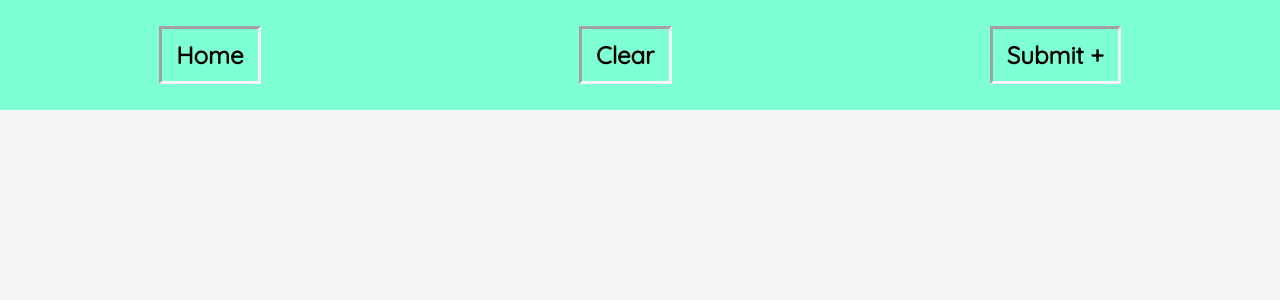
Repository: rickypcyt/WebMural
Page: /
The author's editor kept a copy of each file at every save. The page is drawn from the files as they stood at one save, then again after the next save.
The browser window is 1280 px wide. The pictures show the whole page.
The project was rebuilt for these pictures with package versions that can differ from the ones it lists, and the page was loaded fresh each time.

Above is the page before, as saved 2022-09-12 13:38:13.

### src/index.js
import React from "react";
import ReactDOM from "react-dom/client";
import "./index.css";
import WebMural from "./Pages/WebMural";
import reportWebVitals from "./reportWebVitals";
import { BrowserRouter, Routes, Route, Switch } from "react-router-dom";

const root = ReactDOM.createRoot(document.getElementById("root"));
root.render(
  <React.StrictMode>
    <BrowserRouter>
      <WebMural />
    </BrowserRouter>
  </React.StrictMode>
);

// If you want to start measuring performance in your app, pass a function
// to log results (for example: reportWebVitals(console.log))
// or send to an analytics endpoint. Learn more: https://bit.ly/CRA-vitals
reportWebVitals();

### src/index.css
@import url("https://fonts.googleapis.com/css2?family=Quicksand");

input[type="file"] {
  display: none;
}
.container {
  top: 0%;
  left: 0%;
}
::marker {
  display: none;
}
.image-container {
  width: 100%;
  margin: auto;
  display: flex;
  flex-direction: row;
  justify-content: space-evenly;
  gap: 15px;
  padding: 10px;
  background-color: whitesmoke;
}
html {
  background: whitesmoke;
}

body {
  line-height: 1;
  font-family: "Quicksand";
  font-size: large;
  margin: 0%;
  padding: 0%;
}
main {
  top: 10%;
}
ol {
  list-style: none;
  display: flex;
  padding: 0;
  align-items: flex-start;
  justify-content: space-around;
  display: flex;
  flex-wrap: wrap;
  align-content: center;
  margin: 0;
}
.content {
  position: absolute;
  right: calc(var(--pad) * 2);
  bottom: calc(var(--pad) * 2);
  white-space: nowrap;
}
.parrafo {
  line-height: 1.5;
  text-align: end;
  font-size: larger;
}
.parrafo span {
  display: block;
}
.titulo {
  margin: 0;
}
.oli {
  font-weight: bold;
  border-style: inset;
  border-color: whitesmoke;

  font-size: x-large;
  padding: 1ch;
}
.descripcion {
  font-weight: lighter;
  font-style: oblique;
}
.oli:hover {
  color: black;
  border-style: outset;
  border-color: whitesmoke;
}
.page {
  padding-top: 2%;
  padding-bottom: 3%;
}
.pageContact {
  padding-top: 8%;
  padding-bottom: 9%;
}
.cabeceranavi {
  padding-bottom: 2%;
  padding-top: 2%;
  background-color: aquamarine;
}
p {
  font-weight: bold;
}
a {
  color: black;
  text-decoration: none;
  padding: 0ch;
}
span {
  font-size: larger;
}
li {
  width: 7%;
  height: 10%;
}
ul {
  list-style-type: none;
  margin: 0%;
  display: flex;
  align-items: center;
  flex-direction: row;
  padding-top: 5%;
  padding-bottom: 5%;
  padding-left: 0%;
  justify-content: space-around;
}
.imagenes {
  display: block;
  height: auto;
  width: auto;
  padding-top: 5%;
  padding-bottom: 5%;
}

.imagenesproyect {
  position: relative;
}
.fixer {
  display: flex;
  flex-direction: row;
  justify-content: space-evenly;
  padding-bottom: 3%;
}
.overlay {
  position: absolute;
  top: 0.83cm;

  background: rgb(0, 0, 0);
  background: rgb(2, 0.3, 0.9, 0.6); /* Black see-through */
  color: #f1f1f1;
  width: 100%;
  transition: 0.5s ease;
  color: white;
  text-align: center;
  font-size: 20px;
  padding-top: 20px;
  padding-bottom: 20px;
  opacity: 0;
}
.imagenesproyect:hover .overlay {
  opacity: 1;
}
.overlay2 {
  position: absolute;
  bottom: 8%;
  background: rgb(0, 0, 0);
  background: rgba(40, 40, 40, 0.6); /* Black see-through */
  color: #f1f1f1;
  width: 100%;
  transition: 0.5s ease;
  color: white;
  text-align: center;
  font-size: 20px;
  padding-top: 20px;
  padding-bottom: 20px;
  opacity: 0;
}
.imagenesproyect:hover .overlay2 {
  opacity: 1;
}

.homeinfo {
  font-size: x-large;
}

@media screen and (max-width: 1340px) {
  .fixer {
    flex-direction: column;
    justify-content: center;
  }
  .imagenes {
    height: auto;
    width: 100%;
  }
  ol {
  }
}

.image-container {
  width: auto;
  margin: auto;
  /* display: flex; */
  flex-wrap: wrap;
  gap: 15px;
  padding: 10px;
}

.image-container img {
  max-width: 100%;
  max-height: 225px;
}

.container .image-container .image {
  border: 4px solid black;
  overflow: hidden;
  /* cursor: pointer; */
}

.container .image-container .image img {
  height: 100%;
  width: 100%;
}
@media (max-width: 700px) {
  .image-container img {
    max-height: -10px;
  }
}

.image:hover {
  transform: scale(
    1.15
  ); /* (150% zoom - Note: if the zoom is too large, it will go outside of the viewport) */
}

### src/Pages/WebMural.js
import React, { useState } from "react";
import { Link, useMatch, useResolvedPath } from "react-router-dom";

const UploadAndDisplayImage = () => {
  const [selectedFiles, setSelectedFiles] = useState([]);
  const handleImageChange = (e) => {
    setSelectedFiles([]);
    if (e.target.files) {
      const filesArray = Array.from(e.target.files).map((file) =>
        URL.createObjectURL(file)
      );
      setSelectedFiles((prevImages) => prevImages.concat(filesArray));
      Array.from(e.target.files).map((file) => URL.revokeObjectURL(file));
    }
  };

  const renderPhotos = (source) => {
    return source.map((photo) => {
      return (
        <div class="container">
          <figure class="image-container">
            <img className="image" src={photo} alt="" key={photo} />
          </figure>
        </div>
      );
    });
  };

  return (
    <main>
      <nav className="cabeceranavi">
        <ol>
          <div CustomLink to="/" className="oli">
            Home
          </div>
          <nav className="oli" onClick={() => handleImageChange(null)}>
            Clear
          </nav>
          <label for="upload-button">
            <nav>
              <input
                type="file"
                id="upload-button"
                multiple="multiple"
                accept="image/*"
                onChange={handleImageChange}
              />
              <div class="oli"> Submit + </div>
            </nav>
          </label>
        </ol>
      </nav>
      {selectedFiles && (
        <div>
          <div class="image-container">{renderPhotos(selectedFiles)}</div>
        </div>
      )}
    </main>
  );
};

export default UploadAndDisplayImage;

function CustomLink({ to, children, ...props }) {
  const resolvedPath = useResolvedPath(to);
  const isActive = useMatch({ path: resolvedPath.pathname, end: true });
  return (
    <li className={isActive ? "active" : ""}>
      <Link to={to} {...props}>
        {children}
      </Link>
    </li>
  );
}

Loaded but not shown: public/index.html (common file); src/reportWebVitals.js (common file)

After the next save:
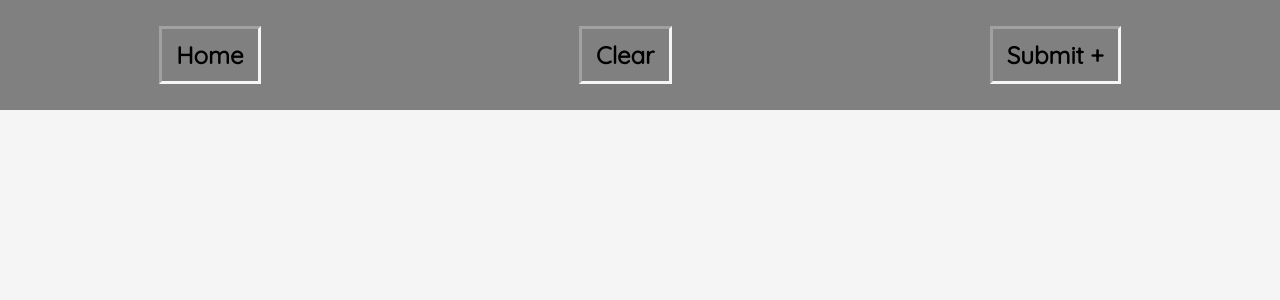
Saved 39 s later.
--- a/src/index.css
+++ b/src/index.css
@@ -90,7 +90,7 @@ ol {
 .cabeceranavi {
   padding-bottom: 2%;
   padding-top: 2%;
-  background-color: aquamarine;
+  background-color: gray;
 }
 p {
   font-weight: bold;
